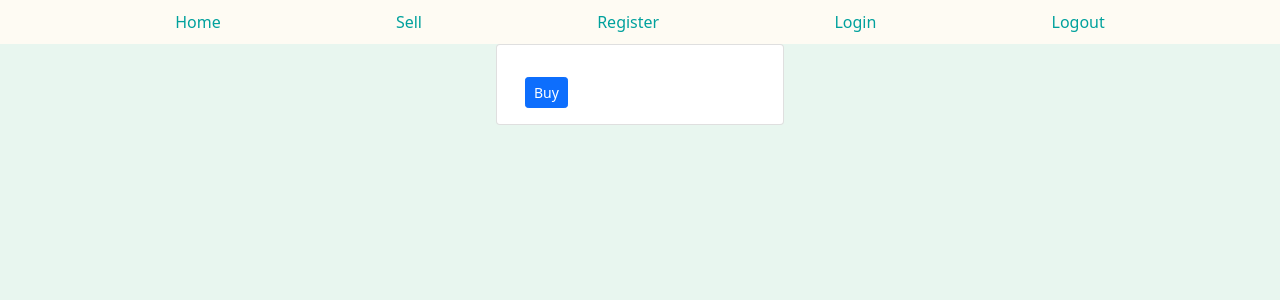
Repository: RiteshK555/itw-project
Page: http://localhost/
These files come from the project's save history. The page is drawn as it stood at one moment and after the next save; the edit follows.
The browser window is 1280 px wide. The pictures show the whole page.
The page is served by the project's application, run on Django 3.2 (student_olx/manage.py).

Above is the page before, as saved 2021-09-19 14:25:45.

After the next save:
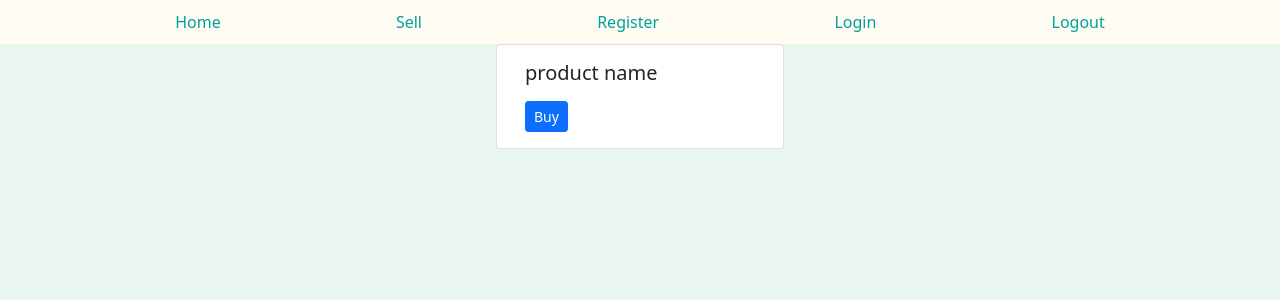
Saved 22 s later.
--- a/student_olx/main/templates/main/home.html
+++ b/student_olx/main/templates/main/home.html
@@ -11,7 +11,7 @@
 <div class="row">
 <div class="card" style="width: 18rem;">
   <div class="card-body">
-    <h5 class="card-title">{{product.product_name}}</h5>
+    <h5 class="card-title">product name</h5>
     <p class="card-text">{{product.description}}</p>
     <a href="#" class="btn btn-sm btn-primary">Buy</a>
   </div>
